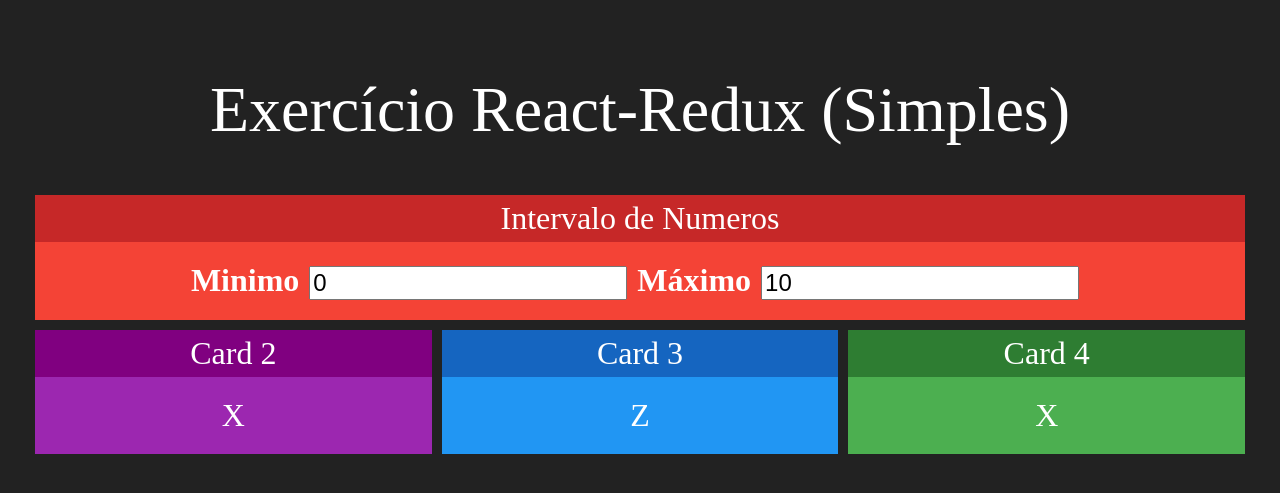
Repository: eversonps/redux-simples
Page: /
The author's editor kept a copy of each file at every save. The page is drawn from the files as they stood at one save, then again after the next save.
The browser window is 1280 px wide. The pictures show the whole page.
The project was rebuilt for these pictures with package versions that can differ from the ones it lists, and the page was loaded fresh each time.

Above is the page before, as saved 2022-03-11 12:57:54.

### src/index.css
body{
  background-color: #222;
  font-size: 2rem;
  color: #fff;
  margin: 30px;
}

### src/App.js
import logo from './logo.svg';
import './App.css';
import Card from './components/Card';
import Intervalo from './components/Intervalo';

function App() {
  return (
    <div className="App">
      <h1>Exercício React-Redux (Simples)</h1>
      <div className='linha'>
        <Intervalo title="Card 1" red>X</Intervalo>
      </div>
      <div className='linha'>
        <Card title="Card 2" purple>X</Card>
        <Card title="Card 3" blue>Z</Card>
        <Card title="Card 4" green>X</Card>
      </div>
    </div>
  );
}

export default App;

### src/App.css
.App{
  display: flex;
  flex-direction: column;
  text-align: center;
}

h1{
  font-weight: 200;
}

.linha{
  display: flex;
}

### src/components/Card.jsx
import "./Card.css"
import React from "react"

function getColor(props){
    if(props.red) return "Red"
    if(props.green) return "Green"
    if(props.blue) return "Blue"
    if(props.purple) return "Purple"
    return ""
}

export default props => (
    <div className={`Card ${getColor(props)}`}>
        <div className="Header">
            <span className="Title">{props.title}</span>
        </div>
        <div className="Content">
            {props.children}
        </div>
    </div>
)

### src/components/Intervalo.jsx
import "./Intervalo.css"
import React from "react"
import Card from "./Card"

export default props => {
    return (
        <Card title="Intervalo de Numeros" red>
            <div className="Intervalo">
                <span>
                    <strong>Minimo</strong>
                    <input type="number" value={0} readOnly/>
                </span>

                <span>
                    <strong>Máximo</strong>
                    <input type="number" value={10} readOnly/>
                </span>
            </div>
        </Card>
    )
}

### src/components/Card.css
.Card{
    flex: 1;
    display: flex;
    flex-direction: column;
    margin: 5px;
}

.Card .Header{
    display: flex;
    justify-content: center;
}

.Card .Header .Title{
    flex: 1;
    padding: 5px;
}

.Card .Content{
    padding: 20px;
}

.Card.Red .Header{ color: #FFF; background-color: #c62828;}
.Card.Red .Content{background-color: #f44336;}

.Card.Green .Header{ color: #FFF; background-color: #2e7d32;}
.Card.Green .Content{background-color: #4caf50;}

.Card.Blue .Header{ color: #FFF; background-color: #1565c0;}
.Card.Blue .Content{background-color: #2196f3;}

.Card.Purple .Header{ color: #FFF; background-color: purple;}
.Card.Purple .Content{background-color: #9c27b0;}

### src/components/Intervalo.css
.Intervalo input {
    font-size: 1.5rem;
    margin: 0 10px;
}

Loaded but not shown: public/index.html (common file); src/index.js (common file); src/reportWebVitals.js (common file)

After the next save:
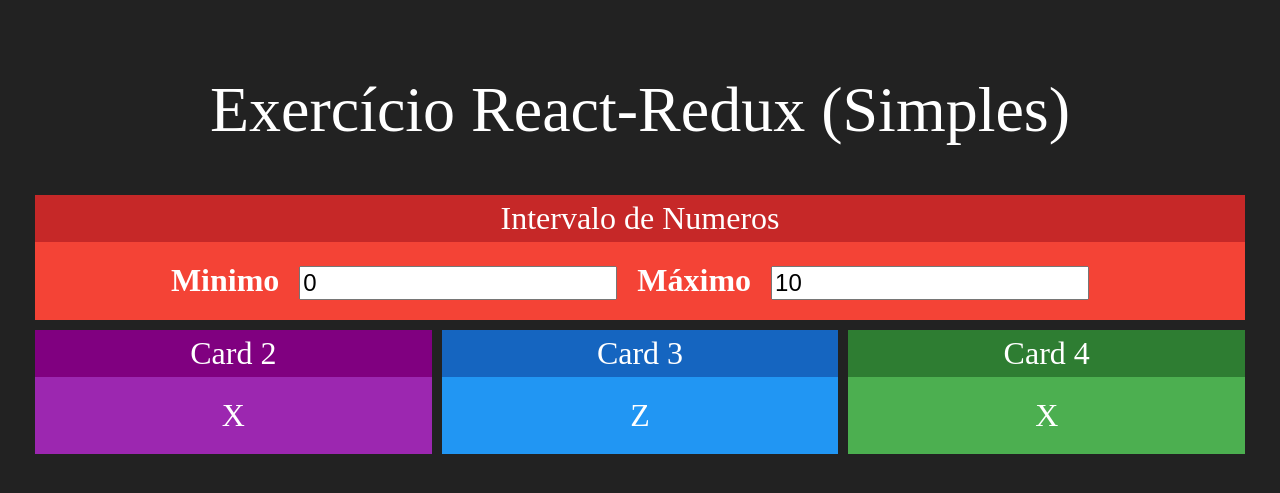
Saved 7 s later.
--- a/src/components/Intervalo.css
+++ b/src/components/Intervalo.css
@@ -1,4 +1,4 @@
 .Intervalo input {
     font-size: 1.5rem;
-    margin: 0 10px;
+    margin: 0 20px;
 }
